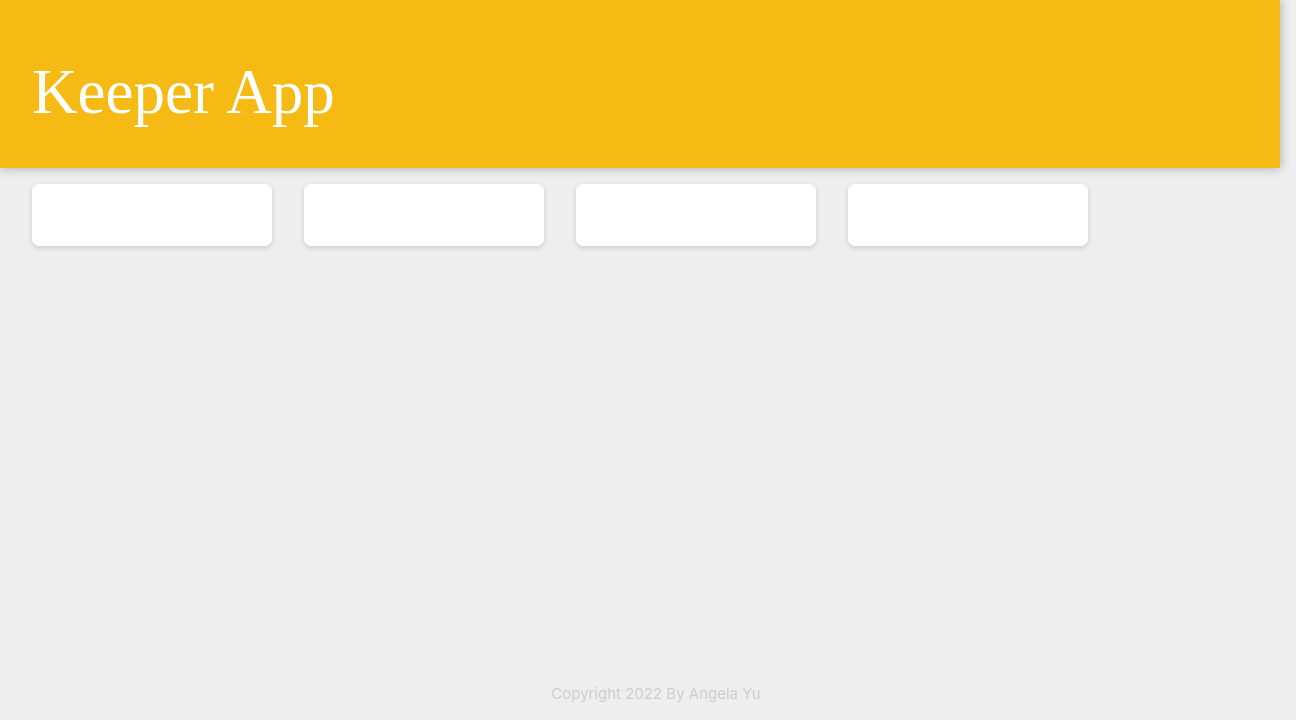
Repository: DESTINYAS/keeper-app
Page: /
The author's editor kept a copy of each file at every save. The page is drawn from the files as they stood at one save, then again after the next save.
The browser window is 1280 px wide. The page is 1296 px wide, so the pictures cover 1296 px, including what lies to the right of the window. The pictures show the whole page.
The project was rebuilt for these pictures with package versions that can differ from the ones it lists, and the page was loaded fresh each time.

Above is the page before, as saved 2022-12-09 02:41:33.

After the next save:
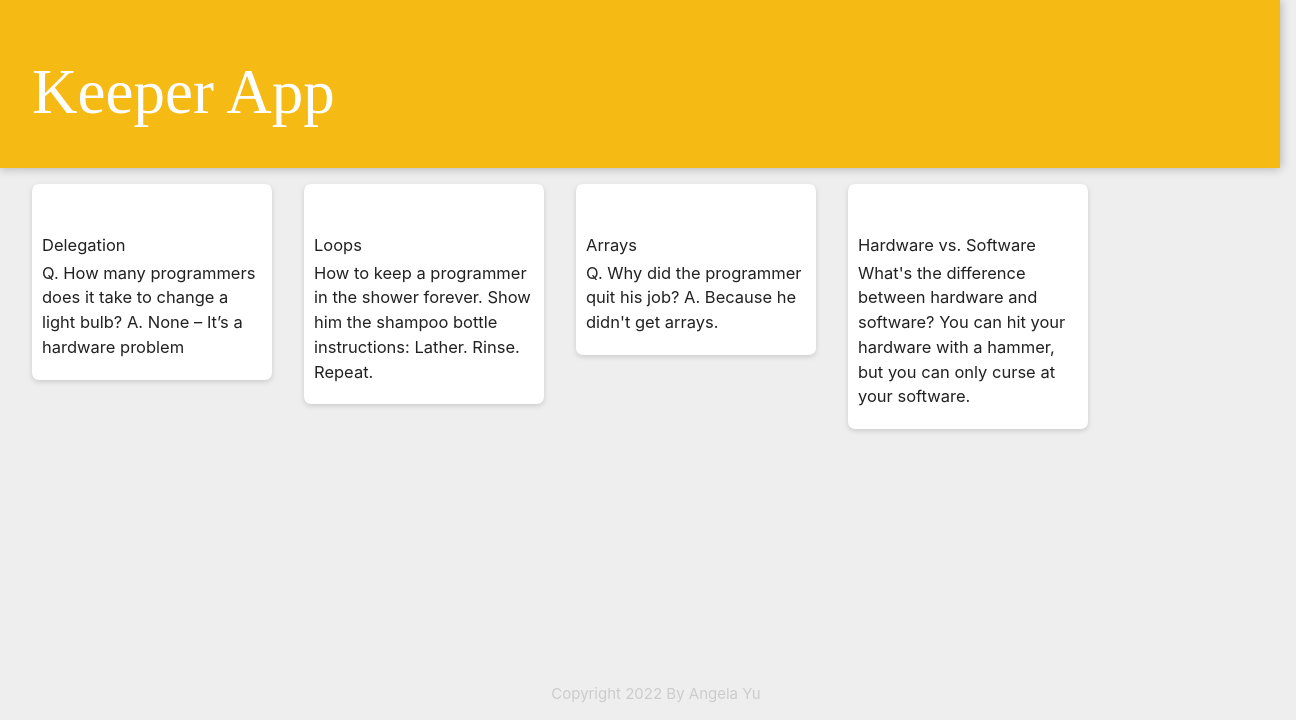
Saved 33 s later.
--- a/src/components/Note.js
+++ b/src/components/Note.js
@@ -3,8 +3,8 @@ const Note = ({ props }) => {
     <div className="props">
       {props.map((prop) => (
         <div className="note">
-          <h1>{props.title}</h1>
-          <p>{props.content}</p>
+          <h1>{prop.title}</h1>
+          <p>{prop.content}</p>
         </div>
       ))}
     </div>
